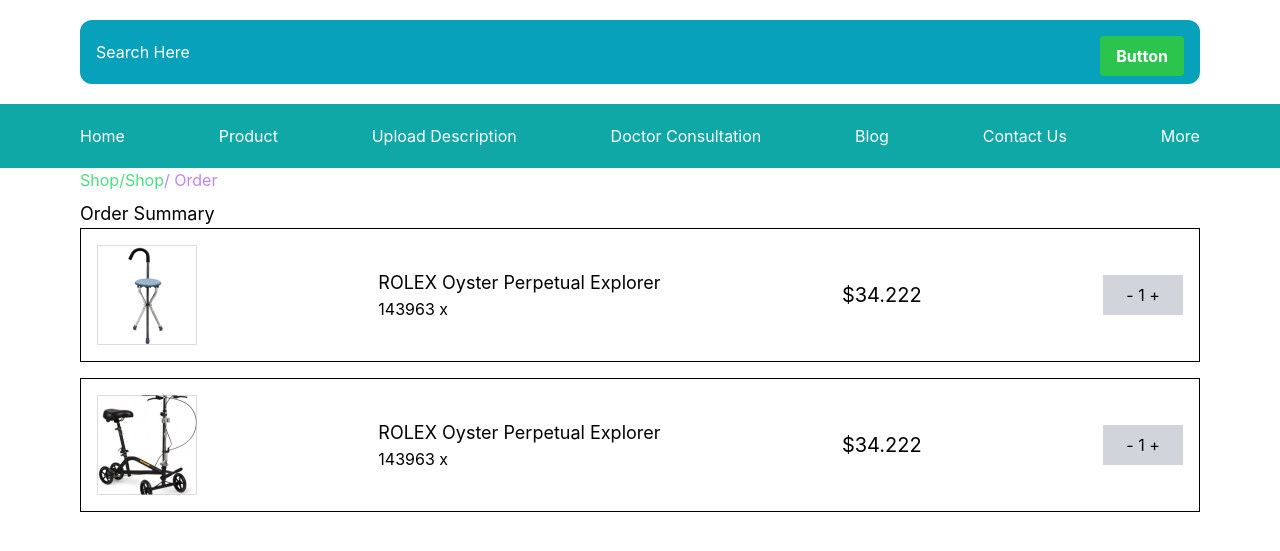
Repository: arafatmollah/pharma
Page: /
An editor plug-in stored every save of this project. The page is shown before and after the next save, followed by the edit.
The browser window is 1280 px wide. The pictures show the whole page.
The project was rebuilt for these pictures with package versions that can differ from the ones it lists, and the page was loaded fresh each time.

Above is the page before, as saved 2023-03-12 01:49:40.

After the next save:
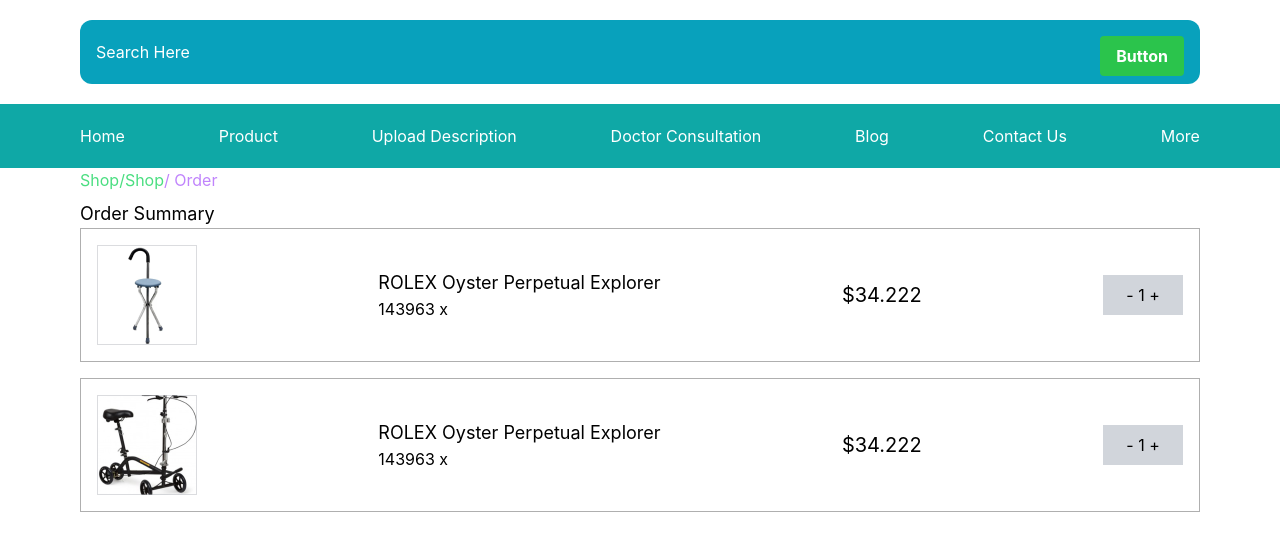
Saved 25 s later.
--- a/src/App.css
+++ b/src/App.css
@@ -16,6 +16,6 @@
     background-color: #0FA8A6;
 }
 .order{
-    border: 1px solid black;
+    border: 1px solid rgb(175, 175, 175);
     border-width: 50%;
 }
